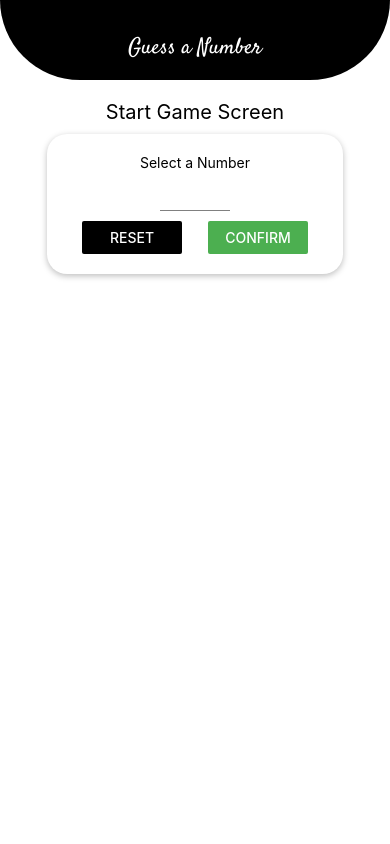
Repository: oguzhan18m/react-native-guess-number-game
Screen: /
An editor plug-in stored every save of this project. The screen is shown before and after the next save, followed by the edit.
The app was drawn by React Native's web renderer in a window 390 px wide. The project was rebuilt for these pictures with package versions that can differ from the ones it lists, and the page was loaded fresh each time. Some packages were replaced by stand-ins written for this rebuild. Also part of the build but not shown: screens/GameScreen.js, screens/GameOver.js.

Above is the screen before, as saved 2021-03-04 23:14:36.

After the next save:
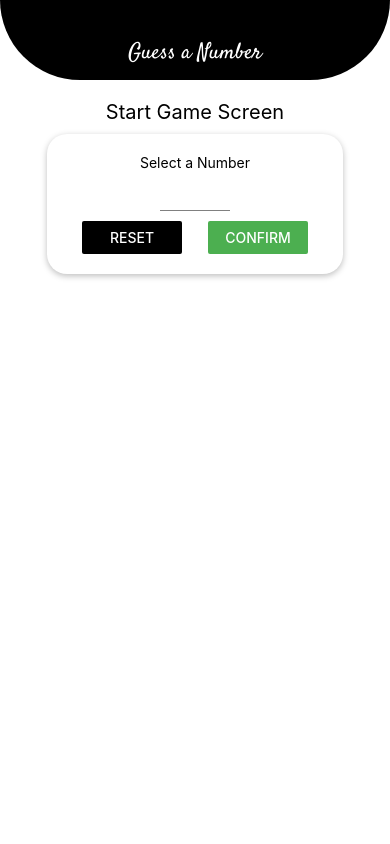
Saved 9 s later.
--- a/components/Header.js
+++ b/components/Header.js
@@ -26,7 +26,7 @@ const styles = StyleSheet.create({
         color:'white',
         fontSize:22,
         fontFamily:'Satisfy',
-        marginBottom:20,
+        marginBottom:10,
     }
 });
 
